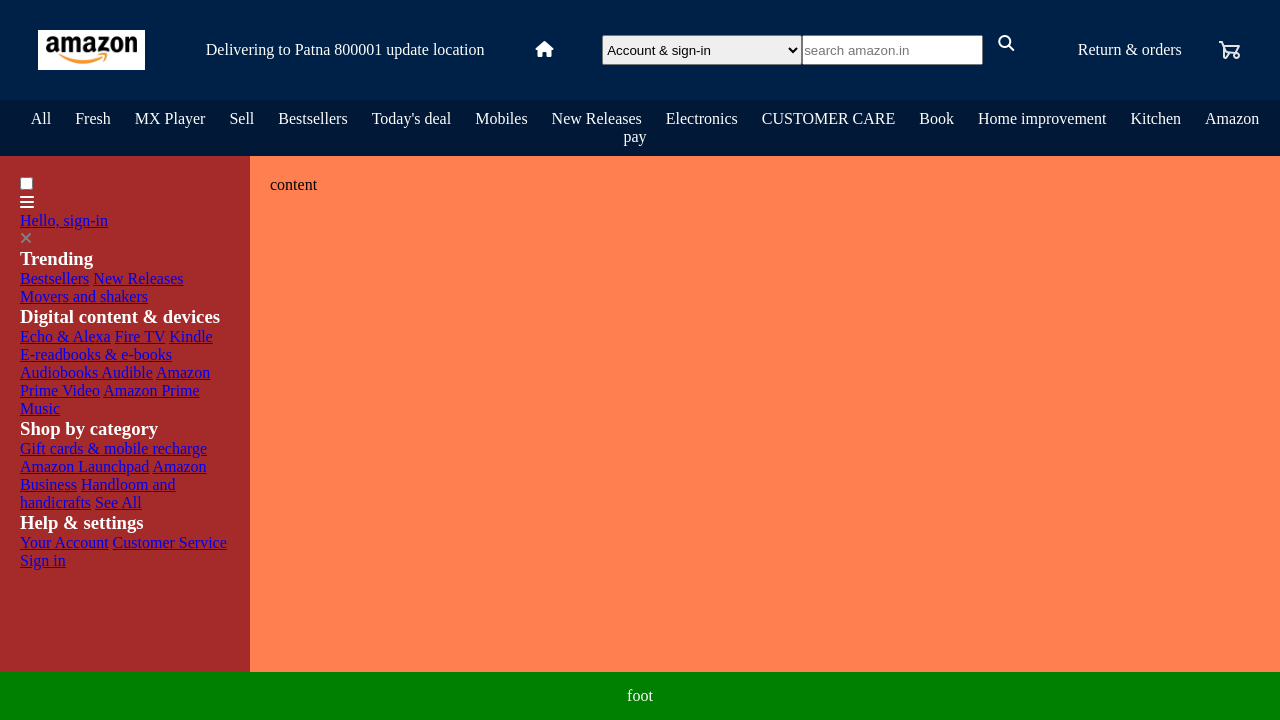
Repository: sristigupta04/basic-js-project
Page: amazon/ami.html
The author's editor kept a copy of each file at every save. The page is drawn from the files as they stood at one save, then again after the next save.
The browser window is 1280 px wide. The pictures show the whole page.

Above is the page before, as saved 2025-11-02 00:58:38.

### amazon/ami.html
<!DOCTYPE html>
<html lang="en">
<head>
  <meta charset="UTF-8">
  <meta name="viewport" content="width=device-width, initial-scale=1.0">
  <title>Amazon Page</title>
  <link rel="stylesheet" href="ami.css"/>
  <link
    rel="stylesheet"
    href="https://cdnjs.cloudflare.com/ajax/libs/font-awesome/6.4.0/css/all.min.css"
  />
  <link
    href="https://fonts.googleapis.com/css2?family=Poppins&display=swap"
    rel="stylesheet"
  />
</head>

<body>
  <div class="container">

    <!-- Navbar -->
    <div class="navbar">

      <img class="fit-picture" src="pic.jpg" alt="author" />


      <div class="address">
        <a href="#">Delivering to Patna 800001 update location</a>
      </div>

      <a href="#" class="house"><i class="fa-solid fa-house"></i></a>

      <div class="tool">
        <select name="tools" id="option">
          <option value="">Account & sign-in</option>
          <option value="dog">baby wishlist</option>
          <option value="cat">Your account</option>
          <option value="hamster">your wish list</option>
          <option value="parrot">keep shopping</option>
          <option value="spider">your recommendation</option>
          <option value="goldfish">prime account</option>
        </select>

        <input type="text" placeholder="search amazon.in" />
        <a href="#"><i class="fa-solid fa-magnifying-glass"></i></a>
      </div>

        <a href="#">Return & orders</a>

        <svg
          xmlns="http://www.w3.org/2000/svg"
          height="24px"
          viewBox="0 -960 960 960"
          width="24px"
          fill="#e3e3e3"
        >
          <path
            d="M292-120q-38 0-65-27.5T200-213v-371l-73-176H40v-80h141l66 160h591q23 0 35 19t1 39L760-399q51 8 85.5 47t34.5 92q0 58-40.5 99T741-120q-59 0-99.5-41T601-260q0-20 5-37t14-33l-131-12-120 180q-13 20-33.5 31T292-120Zm382-285 99-195H280l50 120q8 20 25.5 33.5T396-431l278 26ZM293-201q2 0 9-5l97-144q-49-5-77-23.5T280-412v200q0 5 4 8t9 3Zm447 1q26 0 43-17.5t17-42.5q0-26-17-43t-43-17q-25 0-42.5 17T680-260q0 25 17.5 42.5T740-200Zm-66-205-278-26 278 26Z"
          />
        </svg>
    </div>


    <!-- Second Navbar -->
    <div class="navbar-second">
      <a href="#">All</a>
      <a href="#">Fresh</a>
      <a href="#">MX Player</a>
      <a href="#">Sell</a>
      <a href="#">Bestsellers</a>
      <a href="#">Today's deal</a>
      <a href="#">Mobiles</a>
      <a href="#">New Releases</a>
      <a href="#">Electronics</a>
      <a href="#">CUSTOMER CARE</a>
      <a href="#">Book</a>
      <a href="#">Home improvement</a>
      <a href="#">Kitchen</a>
      <a href="#">Amazon pay</a>
    </div>

    <!-- Sidebar -->
     <div class="main-area">
    <div class="Sidebar">
      <div class="main_box">
        <input type="checkbox" id="check" />
        <div class="btn_one">
          <label for="check" style="color: white">
            <i class="fa-solid fa-bars"></i>
          </label>
        </div>

        <div class="sidebar_menu">
          <div class="logo">
            <a href="#">Hello, sign-in</a>
          </div>

          <div class="btn_two">
            <label for="check" style="color: grey">
              <i class="fa-solid fa-xmark"></i>
            </label>
          </div>
        </div>

        <!-- Next part of sidebar -->
        <div class="trending">
          <h3>Trending</h3>
          <a href="#">Bestsellers</a>
          <a href="#">New Releases</a>
          <a href="#">Movers and shakers</a>
        </div>

        <div class="digitat">
          <h3>Digital content & devices</h3>
          <a href="#">Echo & Alexa</a>
          <a href="#">Fire TV</a>
          <a href="#">Kindle E-readbooks & e-books</a>
          <a href="#">Audiobooks Audible</a>
          <a href="#">Amazon Prime Video</a>
          <a href="#">Amazon Prime Music</a>
        </div>

        <div class="shop">
          <h3>Shop by category</h3>
          <a href="#">Gift cards & mobile recharge</a>
          <a href="#">Amazon Launchpad</a>
          <a href="#">Amazon Business</a>
          <a href="#">Handloom and handicrafts</a>
          <a href="#">See All</a>
        </div>

        <div class="help">
          <h3>Help & settings</h3>
          <a href="#">Your Account</a>
          <a href="#">Customer Service</a>
          <a href="#">Sign in</a>
        </div>
      </div>
    </div>

    <!-- Content -->
    <div class="Content">content</div></div>

    <!-- Footer -->
    <div class="Footer">foot</div>

  </div>

  <script src="ami.js"></script>
</body>
</html>

### amazon/ami.css
* {
  padding: 0;
  margin: 0;
  box-sizing: border-box;
}

/* Whole page layout */
.container {
  display: flex;
  flex-direction: column; /* So navbars are stacked vertically */
  height: 100vh;
}

/* 🔹 Top Navbar */
.navbar {
  background-color: #002147;
  height: 100px;
  display: flex;
  align-items: center;
  justify-content: space-around;
  padding: 0 20px;
  color: white;
}

.navbar img {
  height: 40px;
  margin-right: 10px;
}

.navbar .address a {
  text-decoration: none;
  color: white;
}

.navbar a {
  text-decoration: none;
  color: white;
  margin-left: 15px;
}
.navbar .tool{
  display: flex;
  margin: 0.66rem;
  padding: 2px;;
}

.navbar .tool #option{
border-radius:2px;;
width:200px;
height: 30px;;
}
























/* 🔹 Second Navbar */
.navbar-second {
  background-color: #011936;
  color: white;
  padding: 10px;
  text-align: center;
    justify-content: space-around;

}

.navbar-second a {
  text-decoration: none;
  color: white;
  margin: 0 10px;
}

/* 🔸 Main layout (Sidebar + Content) */
.main-area {
  flex: 1;
  display: flex;
}

/* Sidebar on left */
.Sidebar {
  background-color: brown;
  width: 250px;
  padding: 20px;
  color: white;
}

/* Content on right */
.Content {
  flex: 1;
  background-color: coral;
  padding: 20px;
}

/* Footer at bottom */
.Footer {
  background-color: green;
  color: white;
  text-align: center;
  padding: 15px;
}

Loaded but not shown: amazon/ami.js (empty)

After the next save:
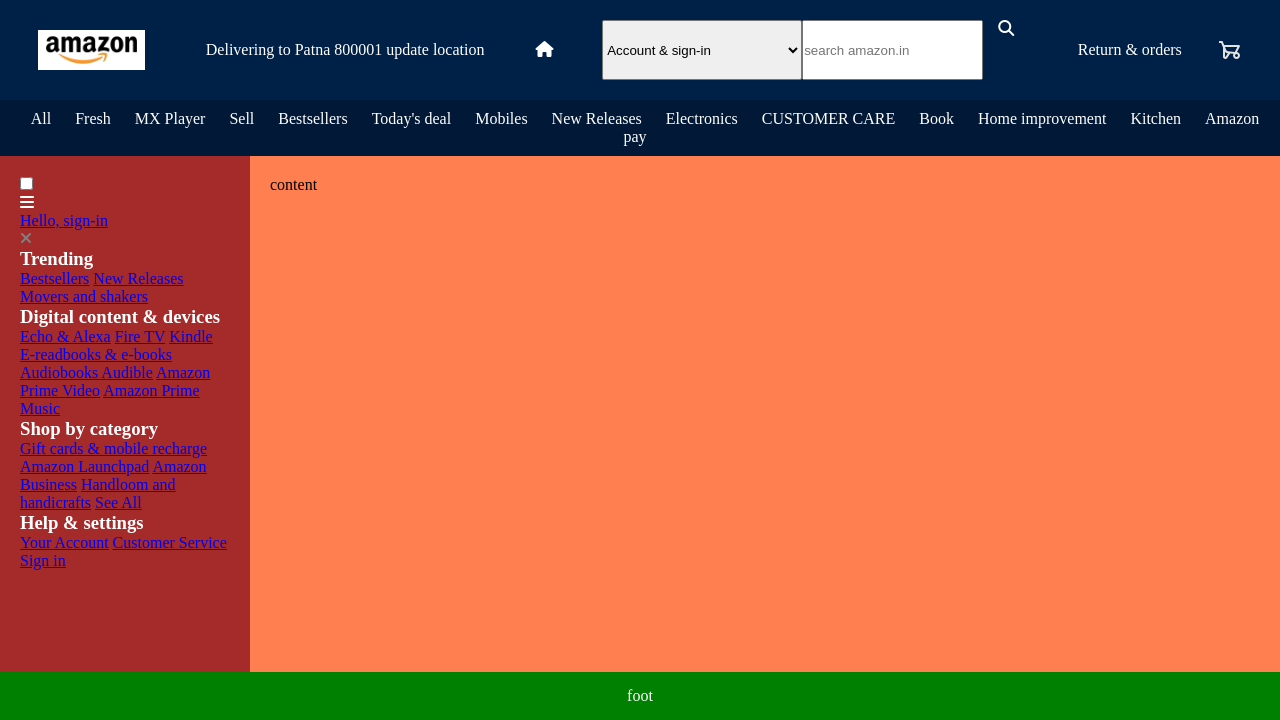
Saved 7 s later.
--- a/amazon/ami.css
+++ b/amazon/ami.css
@@ -46,7 +46,7 @@
 .navbar .tool #option{
 border-radius:2px;;
 width:200px;
-height: 30px;;
+height: 60px;
 }
 
 

After the save that followed:
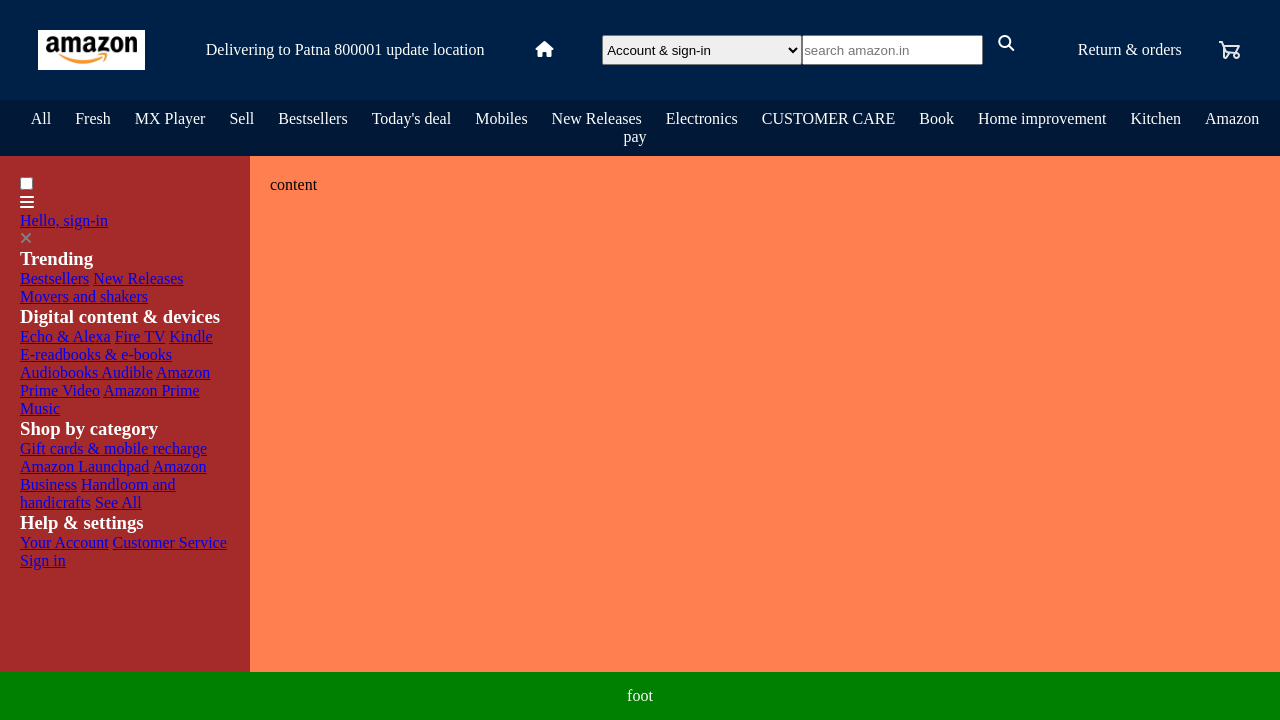
Saved 6 s later.
--- a/amazon/ami.css
+++ b/amazon/ami.css
@@ -46,7 +46,7 @@
 .navbar .tool #option{
 border-radius:2px;;
 width:200px;
-height: 60px;
+height:30px;
 }
 
 
